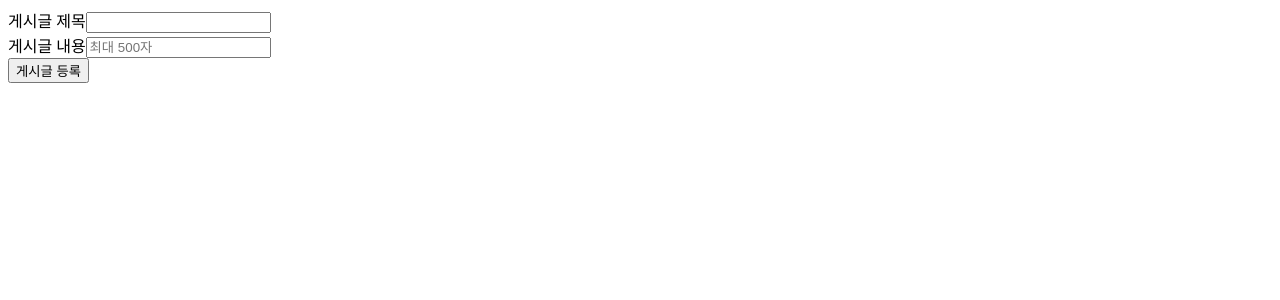
Repository: yesung1215/back_jsp
Page: http://localhost/mvc_task/write.jsp
An editor plug-in stored every save of this project. The page is shown before and after the next save, followed by the edit.
The browser window is 1280 px wide. The pictures show the whole page.
The page is served by Tomcat 9. Other server files are loaded and not shown.

Above is the page before, as saved 2025-09-27 13:31:54.

### mvc_task/src/main/webapp/write.jsp
<%@ page language="java" contentType="text/html; charset=UTF-8"
    pageEncoding="UTF-8"%>
<!DOCTYPE html>
<html>
<head>
<meta charset="UTF-8">
<title>게시글 작성</title>
</head>
<body>
	<form action="/mvc_task/write-ok.post" method="get">
		<div>
			<span>게시글 제목</span><input name="postTitle"  />
		</div>
		<div>
			<span>게시글 내용</span><input name="postContent" maxlength="500" placeholder="최대 500자" />
		</div>
		<button>게시글 등록</button>
	</form>
</body>
</html>

After the next save:
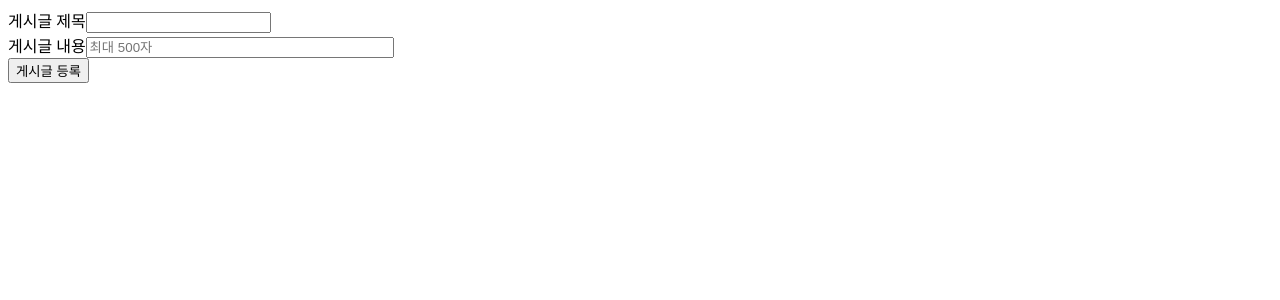
Saved 32 s later.
--- a/mvc_task/src/main/webapp/write.jsp
+++ b/mvc_task/src/main/webapp/write.jsp
@@ -12,7 +12,7 @@
 			<span>게시글 제목</span><input name="postTitle"  />
 		</div>
 		<div>
-			<span>게시글 내용</span><input name="postContent" maxlength="500" placeholder="최대 500자" />
+			<span>게시글 내용</span><input name="postContent" maxlength="500" placeholder="최대 500자" style="width:300px;" />
 		</div>
 		<button>게시글 등록</button>
 	</form>
